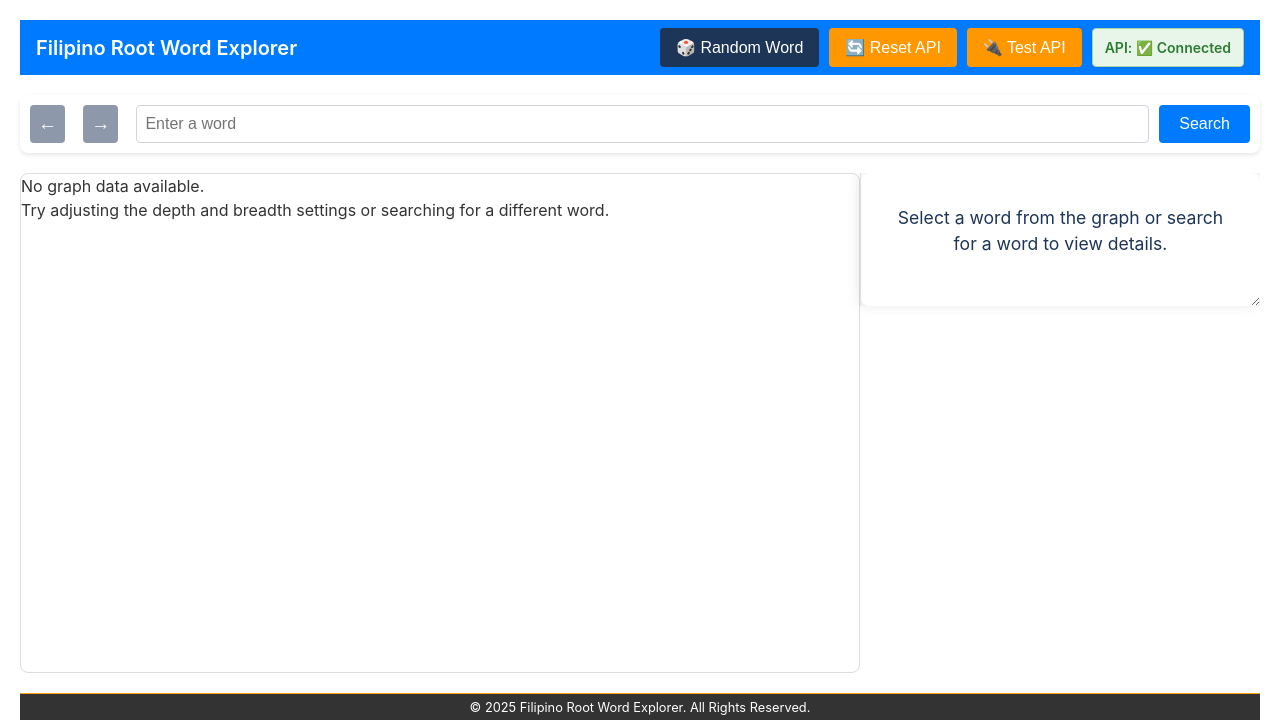
Repository: fish-and-bear/lexicon-gnn-ph
Page: /
An editor plug-in stored every save of this project. The page is shown before and after the next save, followed by the edit.
The browser window is 1280 px wide. The pictures show the whole page.
The page's requests for data from a server got no answer. Some web fonts or font styles are not loaded; a fallback is used. The project was rebuilt for these pictures with package versions that can differ from the ones it lists, and the page was loaded fresh each time. No one was signed in, and anything a server would have sent is missing. Also part of the build but not shown: vite.config.js, src/components/WordGraphComponent.tsx, src/components/WordDetails.tsx, src/components/ErrorBoundary.tsx. Imported but missing from the stored project, and not drawn on this page: src/reportWebVitals.

Above is the page before, as saved 2025-03-03 20:25:39.

### public/index.html
<!DOCTYPE html>
<html lang="en">
  <head>
    <meta charset="utf-8" />
    <meta name="viewport" content="width=device-width, initial-scale=1" />
    <meta name="description" content="Explore the roots and relationships of Filipino words with our interactive Word Explorer." />

    <!-- Open Graph Meta Tags for Social Media Embedding -->
    <meta property="og:title" content="Filipino Root Word Explorer" />
    <meta property="og:description" content="Discover the intricate relationships and origins of Filipino words." />
    <meta property="og:image" content="/logo512.png" />
    <meta property="og:url" content="https://explorer.hapinas.net/" />
    <meta property="og:type" content="website" />

    <!-- Twitter Card Meta Tags -->
    <meta name="twitter:card" content="summary_large_image" />
    <meta name="twitter:title" content="Filipino Root Word Explorer" />
    <meta name="twitter:description" content="Explore the intricate relationships and origins of Filipino words with our interactive Word Explorer." />
    <meta name="twitter:image" content="/logo512.png" />

    <!-- Favicon and App Icons -->
    <link rel="icon" href="/logo512.png" />
    <link rel="apple-touch-icon" href="/logo512.png" />

    <!-- Fonts -->
    <link href="https://fonts.googleapis.com/css2?family=Playfair+Display:ital,wght@0,400;0,700;1,400&display=swap" rel="stylesheet">
    <link href="https://fonts.googleapis.com/css2?family=Roboto:wght@400;700&display=swap" rel="stylesheet">

    <!-- Manifest -->
    <link rel="manifest" href="/manifest.json" />

    <!-- Title -->
    <title>Filipino Root Word Explorer</title>
  </head>
  <body>
    <div id="root"></div>
  </body>
</html>

### src/index.tsx
import React from 'react';
import ReactDOM from 'react-dom/client';
import './styles/global.css';
import App from './App';
import reportWebVitals from './reportWebVitals';
import { resetCircuitBreaker } from './api/wordApi';

// Reset circuit breaker on application start
try {
  resetCircuitBreaker();
  console.log('Circuit breaker state cleared on startup');
} catch (e) {
  console.error('Error clearing circuit breaker state:', e);
}

const root = ReactDOM.createRoot(
  document.getElementById('root') as HTMLElement
);
root.render(
  <React.StrictMode>
    <App />
  </React.StrictMode>
);

// If you want to start measuring performance in your app, pass a function
// to log results (for example: reportWebVitals(console.log))
// or send to an analytics endpoint. Learn more: https://bit.ly/CRA-vitals
reportWebVitals();

### src/App.tsx
import React from 'react';
import WordExplorer from '../src/components/WordExplorer';
import { ThemeProvider } from '../src/contexts/ThemeContext';
import ErrorBoundary from '../src/components/ErrorBoundary';
import './App.css';

const App: React.FC = () => {
  return (
    <ErrorBoundary>
      <ThemeProvider>
        <div className="app">
          <WordExplorer />
        </div>
      </ThemeProvider>
    </ErrorBoundary>
  );
};

export default App;

### src/contexts/ThemeContext.tsx
import React, { createContext, useContext, useState, ReactNode } from 'react';

// Define the types for your context
interface ThemeContextType {
  theme: string;
  toggleTheme: () => void;
}

// Create the context with default values
const ThemeContext = createContext<ThemeContextType | undefined>(undefined);

export const ThemeProvider: React.FC<{ children: ReactNode }> = ({ children }) => {
  const [theme, setTheme] = useState('light');

  const toggleTheme = () => {
    setTheme((prevTheme) => (prevTheme === 'light' ? 'dark' : 'light'));
  };

  return (
    <ThemeContext.Provider value={{ theme, toggleTheme }}>
      <div className={theme}>{children}</div>
    </ThemeContext.Provider>
  );
};

// Custom hook to use the ThemeContext
export const useTheme = () => {
  const context = useContext(ThemeContext);
  if (!context) {
    throw new Error('useTheme must be used within a ThemeProvider');
  }
  return context;
};

// Export the ThemeContext for direct access if needed
export { ThemeContext };

// Optionally, export a toggle button component for convenience
export const ThemeToggleButton: React.FC = () => {
  const { theme, toggleTheme } = useTheme();

  return (
    <button onClick={toggleTheme}>
      Switch to {theme === 'light' ? 'dark' : 'light'} mode
    </button>
  );
};

### src/App.css
.app {
  margin: 0;
  padding: 0;
  font-family: 'Inter', sans-serif;
  background-color: var(--bg-color);
  color: var(--text-color);
}

### src/utils/sanitizer.ts
export function sanitizeInput(input: string): string {
    // Implement sanitization logic here
    return input.trim().toLowerCase();
  }

### src/components/index.ts
export { default as WordGraphComponent } from './WordGraphComponent';
export { default as WordDetails } from './WordDetails';

### src/components/WordExplorer.css
:root {
  --bg-color: #f8f9fa;
  --text-color: #1d3557;
  --primary-color: #1d3557;
  --secondary-color: #e63946;
  --accent-color: #fca311;
  --gold: #d4af37;
  --card-bg-color: #ffffff;
  --card-border-color: #e6e8eb;
  --input-bg-color: #ffffff;
  --input-border-color: #d1d5db;
  --button-color: #1d3557;
  --button-text-color: #ffffff;
  --graph-bg-color: #f1f5f9;
  --color-main: #1d3557;
  --color-derivative: #457b9d;
  --color-etymology: #2a9d8f;
  --color-root: #e63946;
  --color-associated: #fca311;
  --color-default: #6c757d;
  --node-text-color: #1d3557;
  --link-color: #1d3557;
  --selected-node-border-color: #e6e8eb;
  --card-bg-color-rgb: 255, 255, 255;
  --definition-bg-color: #ffffff;
}

.theme-dark {
  --bg-color: #0b0f1d;
  --text-color: #ffffff;
  --text-color-secondary: #cccccc;
  --border-color: #444444;
  --input-background: #333333;
  --primary-color: #0d6efd;
  --primary-color-dark: #0a58ca;
  --disabled-color: #666666;
  --error-color: #dc3545;
  --error-background: #2c1f21;
}

.theme-light {
  --bg-color: #ffffff;
  --text-color: #333333;
  --text-color-secondary: #666666;
  --border-color: #dddddd;
  --input-background: #ffffff;
  --primary-color: #007bff;
  --primary-color-dark: #0056b3;
  --disabled-color: #cccccc;
  --error-color: #dc3545;
  --error-background: #f8d7da;
}

body, html {
  margin: 0;
  padding: 0;
  font-family: 'Inter', sans-serif;
  background-color: var(--bg-color);
  color: var(--text-color);
  height: 100vh;
  overflow: hidden;
}

.word-explorer {
  display: flex;
  flex-direction: column;
  height: 100%;
  padding: 20px;
  gap: 20px;
  background-color: var(--bg-color);
  color: var(--text-color);
}

.header-content {
  display: flex;
  justify-content: space-between;
  align-items: center;
  padding: 0.5rem 1rem;
  background-color: var(--primary-color);
  color: var(--bg-color);
}

.dark .header-content {
  background-color: var(--header-color);
  color: var(--primary-color);
}

h1 {
  font-size: 1.25rem;
  font-weight: 600;
  margin: 0;
}

main {
  display: flex;
  flex: 1;
  overflow: hidden;
}

.graph-container {
  flex: 1;
  position: relative;
  border-radius: 8px;
  overflow: hidden;
  background-color: var(--bg-color);
  border: 1px solid var(--border-color);
  min-height: 500px;
}

.graph-content {
  flex: 1;
  position: relative;
  overflow: hidden;
}

.details-container {
  padding: 0;
  overflow-y: auto;
  background-color: white;
  border-left: 1px solid rgba(0, 0, 0, 0.1);
  color: var(--text-color);
}

.no-word-selected {
  display: flex;
  flex-direction: column;
  align-items: center;
  justify-content: center;
  height: 100%;
  text-align: center;
  color: var(--text-secondary-color);
  padding: 2rem;
  background-color: var(--card-bg-color);
  border-radius: var(--radius-md);
  box-shadow: var(--card-shadow);
  transition: background-color 0.3s ease, color 0.3s ease, box-shadow 0.3s ease;
}

.dark .no-word-selected {
  background-color: rgba(23, 29, 49, 0.6);
  color: #e0e4f5;
  box-shadow: 0 4px 8px rgba(0, 0, 0, 0.2);
  border: 1px solid rgba(75, 86, 115, 0.4);
}

.no-word-selected p {
  margin-bottom: 1rem;
  font-size: 1.1rem;
}

.word-details h2 {
  color: var(--secondary-color);
  padding-bottom: 0.25rem;
}

.definition-card {
  background-color: var(--definition-bg-color);
  border: 1px solid var(--card-border-color);
  border-radius: 4px;
  padding: 0.75rem;
  margin-bottom: 1rem;
  transition: background-color 0.3s ease, border-color 0.3s ease, box-shadow 0.3s ease;
}

.dark .definition-card {
  background-color: rgba(23, 29, 49, 0.6);
  border-color: rgba(75, 86, 115, 0.4);
  color: #e0e4f5;
  box-shadow: 0 4px 8px rgba(0, 0, 0, 0.2);
}

.dark .definition-card:hover {
  box-shadow: 0 4px 12px rgba(0, 0, 0, 0.4);
  border-color: rgba(255, 209, 102, 0.3);
}

.dark .definition-card h3 {
  color: #ffd166;
}

.definition-card h3 {
  color: var(--secondary-color);
  margin-top: 0;
  margin-bottom: 0.5rem;
}

.definition-card ol {
  padding-left: 1.25rem;
  margin-bottom: 0.5rem;
}

.definition-card ol > li {
  margin-bottom: 0.5rem;
  line-height: 1.4;
}

.definition-card .source {
  font-size: 0.8rem;
  color: var(--accent-color);
  font-style: italic;
  display: block;
  margin-top: 0.25rem;
}

.dark .definition-card .source {
  color: #7b9cc2;
}

.word-list {
  list-style-type: none;
  padding: 0;
  display: flex;
  flex-wrap: wrap;
  gap: 0.5rem;
  margin-top: 0.75rem;
}

.word-list li {
  background-color: var(--input-bg-color);
  padding: 0.25rem 0.75rem;
  border-radius: 15px;
  font-size: 0.9rem;
  border: 1px solid var(--accent-color);
}

.dark .word-list li {
  background-color: rgba(23, 29, 49, 0.6);
  border-color: rgba(75, 86, 115, 0.4);
  color: #e0e4f5;
}

.dark .word-list li:hover {
  background-color: rgba(35, 45, 70, 0.8);
  border-color: rgba(255, 209, 102, 0.3);
  color: #ffd166;
}

.search-container {
  display: flex;
  gap: 10px;
  padding: 10px;
  border-radius: 8px;
  background-color: var(--card-bg-color);
  box-shadow: 0 2px 4px rgba(0, 0, 0, 0.1);
}

.search-input-container {
  position: relative;
  flex-grow: 1;
  display: flex;
}

.search-input {
  flex: 1;
  padding: 10px 15px;
  border: 1px solid var(--border-color);
  border-radius: 4px;
  font-size: 16px;
  background-color: var(--input-background);
  color: var(--text-color);
}

.search-input:focus {
  outline: none;
  border-color: var(--primary-color);
  box-shadow: 0 0 0 2px rgba(0, 123, 255, 0.25);
}

.search-button {
  padding: 10px 20px;
  border: none;
  border-radius: 4px;
  background-color: var(--primary-color);
  color: white;
  cursor: pointer;
  font-size: 16px;
  transition: all 0.2s ease;
}

.search-button:hover:not(:disabled) {
  background-color: var(--primary-color-dark);
  transform: translateY(-1px);
}

.search-button:disabled {
  background-color: var(--disabled-color);
  cursor: not-allowed;
  opacity: 0.7;
}

.search-suggestions {
  position: absolute;
  top: 100%;
  left: 0;
  right: 0;
  background-color: var(--input-bg-color);
  border: 1px solid var(--input-border-color);
  border-top: none;
  max-height: 200px;
  overflow-y: auto;
  z-index: 1000;
  list-style-type: none;
  padding: 0;
  margin: 0;
  display: block;
  box-shadow: 0 4px 6px rgba(0, 0, 0, 0.1);
  transition: background-color 0.3s ease, border-color 0.3s ease;
}

.search-suggestions li {
  padding: 10px;
  cursor: pointer;
  color: var(--text-color);
  transition: background-color 0.3s ease, color 0.3s ease;
}

.search-suggestions li:hover {
  background-color: var(--accent-color);
  color: var(--bg-color);
}

.word-explorer.dark .search-suggestions {
  background-color: rgba(23, 29, 49, 0.9);
  border-color: rgba(75, 86, 115, 0.4);
  box-shadow: 0 4px 8px rgba(0, 0, 0, 0.3);
}

.word-explorer.dark .search-suggestions li:hover {
  background-color: rgba(255, 209, 102, 0.2);
  color: #ffd166;
}

.search-loading {
  position: absolute;
  right: 16px;
  top: 50%;
  transform: translateY(-50%);
  color: #888;
}

@media (max-width: 768px) {
  .header-content {
    flex-direction: column;
    align-items: flex-start;
    gap: 0.5rem;
  }

  .search-container {
    flex-direction: column;
    align-items: stretch;
  }

  .search-input {
    font-size: 14px;
    padding: 10px 14px;
  }

  .search-suggestions li {
    padding: 10px 14px;
  }

  input[type="text"], button {
    width: 100%;
  }

  .word-details h2 {
    font-size: 1.3rem;
  }

  .definition-card {
    padding: 0.5rem;
  }

  .definition-card h3 {
    font-size: 1rem;
  }

  .word-list li {
    font-size: 0.8rem;
    padding: 0.2rem 0.4rem;
  }

  .word-explorer {
    padding: 10px;
  }

  .graph-container {
    min-height: 400px;
  }
}

input[type="text"] {
  flex: 1;
  padding: 0.5rem;
  font-size: 1rem;
  border: 1px solid var(--input-border-color);
  border-radius: 4px;
  background-color: var(--input-bg-color);
  color: var(--text-color);
}

button {
  padding: 0.5rem 1rem;
  font-size: 1rem;
  background-color: var(--button-color);
  color: var(--button-text-color);
  border: none;
  border-radius: 4px;
  cursor: pointer;
  transition: background-color 0.3s, transform 0.1s;
}

button:active {
  transform: scale(0.95);
}

button:hover {
  background-color: var(--primary-color);
}

.controls-container {
  display: flex;
  flex-wrap: wrap;
  justify-content: space-between;
  align-items: center;
  padding: 0.5rem;
  background-color: var(--card-bg-color);
  border-top: 1px solid var(--card-border-color);
}

.zoom-button, .reset-button {
  padding: 0.25rem 0.5rem;
  font-size: 0.9rem;
  background-color: var(--button-color);
  color: var(--button-text-color);
  border: none;
  border-radius: 4px;
  cursor: pointer;
  text-transform: uppercase;
  letter-spacing: 1px;
}

.graph-controls {
  display: flex;
  flex-wrap: wrap;
  gap: 1rem;
  flex-grow: 1;
}

.slider-container {
  display: flex;
  flex-direction: column;
  flex-grow: 1;
  min-width: 150px;
}

.footer {
  background-color: var(--text-color);
  color: var(--bg-color);
  text-align: center;
  padding: 0.25rem;
  font-size: 0.8rem;
  border-top: 1px solid var(--accent-color);
}

.dark .footer {
  background-color: var(--primary-color);
  color: var(--bg-color);
  border-top: 1px solid var(--gold);
}

.history-button {
  padding: 0.5rem;
  font-size: 1.2rem;
  background-color: var(--button-color);
  color: var(--button-text-color);
  border: none;
  border-radius: 4px;
  cursor: pointer;
  margin-right: 0.5rem;
  transition: opacity 0.3s ease;
}

.history-button:disabled {
  opacity: 0.5;
  cursor: not-allowed;
}

@media (max-width: 1024px) {
  .word-explorer {
    height: auto;
    min-height: 100vh;
  }

  main {
    flex-direction: column;
  }

  .graph-container {
    height: 50vh;
  }
}

@media (max-width: 480px) {
  h1 {
    font-size: 1.1rem;
  }

  .theme-toggle, .history-button {
    padding: 0.25rem;
    font-size: 0.8rem;
  }

  .word-details h2 {
    font-size: 1.2rem;
  }

  .definition-card h3 {
    font-size: 0.9rem;
  }

  .word-list li {
    font-size: 0.7rem;
    padding: 0.1rem 0.3rem;
  }

  .footer {
    font-size: 0.7rem;
    padding: 0.4rem;
  }
}

.loading-indicator {
  display: inline-block;
  width: 1rem;
  height: 1rem;
  border: 2px solid var(--button-text-color);
  border-radius: 50%;
  border-top-color: transparent;
  animation: spin 1s linear infinite;
  margin-left: 0.5rem;
}

@keyframes spin {
  0% { transform: rotate(0deg); }
  100% { transform: rotate(360deg); }
}

.loading-spinner {
  display: flex;
  flex-direction: column;
  align-items: center;
  justify-content: center;
  height: 100%;
  text-align: center;
  color: var(--text-secondary-color);
  padding: 2rem;
  background-color: var(--card-bg-color);
  border-radius: var(--radius-md);
  box-shadow: var(--card-shadow);
  font-size: 1.1rem;
}

.loading-spinner::before {
  content: "";
  width: 40px;
  height: 40px;
  margin-bottom: 1rem;
  border: 4px solid var(--card-border-color);
  border-top: 4px solid var(--accent-color);
  border-radius: 50%;
  animation: spin 1s linear infinite;
}

@keyframes spin {
  0% { transform: rotate(0deg); }
  100% { transform: rotate(360deg); }
}

/* Note: The word-details-container class is defined in global.css */

/* Word Content Tabs */
.word-content-tabs {
  display: flex;
  flex-wrap: wrap;
  gap: 0.5rem;
  padding: 0.75rem 1rem;
  background-color: #f8f9fa;
  border-bottom: 1px solid rgba(0, 0, 0, 0.08);
}

.tab-button {
  padding: 0.5rem 1rem;
  background-color: transparent;
  color: var(--text-color);
  border: 1px solid rgba(0, 0, 0, 0.08);
  border-radius: 0.5rem;
  cursor: pointer;
  font-size: 0.875rem;
  font-weight: 500;
  transition: all 0.2s ease;
  display: flex;
  align-items: center;
  gap: 0.5rem;
}

.tab-button:hover {
  background-color: #f1f5f9;
  transform: translateY(-1px);
}

.tab-button.active {
  background-color: var(--accent-color, #fca311);
  color: white;
  border-color: var(--accent-color, #fca311);
}

.tab-icon {
  font-size: 1.1em;
}

.word-content {
  padding: 1.5rem;
}

/* Fix for empty state */
.empty-state {
  position: absolute;
  top: 50%;
  left: 50%;
  transform: translate(-50%, -50%);
  text-align: center;
  color: var(--text-color-secondary);
}

.fetch-network-button {
  padding: 0.5rem 1rem;
  background-color: var(--accent-color, #fca311);
  color: white;
  border: none;
  border-radius: 0.25rem;
  cursor: pointer;
  font-weight: 500;
  transition: all 0.2s ease;
}

.fetch-network-button:hover {
  background-color: var(--accent-color-dark, #e76f51);
  transform: translateY(-1px);
}

.dark input[type="text"] {
  background-color: rgba(23, 29, 49, 0.6);
  border: 1px solid rgba(75, 86, 115, 0.4);
  color: #e0e4f5;
}

.dark input[type="text"]:focus {
  border-color: rgba(255, 209, 102, 0.5);
  box-shadow: 0 0 0 2px rgba(255, 209, 102, 0.2);
}

.dark button {
  background-color: rgba(75, 86, 115, 0.5);
  border: 1px solid rgba(75, 86, 115, 0.4);
  color: #ffd166;
}

.dark button:hover {
  background-color: rgba(75, 86, 115, 0.7);
  border-color: rgba(255, 209, 102, 0.3);
}

.dark .search-loading {
  color: #7b9cc2;
}

.dark .search-input {
  background-color: rgba(23, 29, 49, 0.6);
  border-color: rgba(75, 86, 115, 0.4);
  color: #e0e4f5;
}

.dark .search-input:focus {
  border-color: rgba(255, 209, 102, 0.5);
  box-shadow: 0 0 0 2px rgba(255, 209, 102, 0.2);
}

.dark .search-suggestions {
  background-color: rgba(23, 29, 49, 0.9);
  border-color: rgba(75, 86, 115, 0.4);
  box-shadow: 0 4px 8px rgba(0, 0, 0, 0.3);
}

.dark .search-suggestions li {
  color: #e0e4f5;
  border-bottom: 1px solid rgba(75, 86, 115, 0.2);
}

.dark .search-suggestions li:hover {
  background-color: rgba(255, 209, 102, 0.2);
  color: #ffd166;
}

.dark .search-button {
  background-color: rgba(75, 86, 115, 0.5);
  color: #ffd166;
  border-color: rgba(75, 86, 115, 0.4);
}

.dark .search-button:hover {
  background-color: rgba(75, 86, 115, 0.7);
  border-color: rgba(255, 209, 102, 0.3);
}

/* Theme variables */
.theme-light {
  --background-color: #ffffff;
  --text-color: #333333;
  --text-color-secondary: #666666;
  --border-color: #dddddd;
  --input-background: #ffffff;
  --primary-color: #007bff;
  --primary-color-dark: #0056b3;
  --disabled-color: #cccccc;
  --error-color: #dc3545;
  --error-background: #f8d7da;
}

.theme-dark {
  --background-color: #1a1a1a;
  --text-color: #ffffff;
  --text-color-secondary: #cccccc;
  --border-color: #444444;
  --input-background: #333333;
  --primary-color: #0d6efd;
  --primary-color-dark: #0a58ca;
  --disabled-color: #666666;
  --error-color: #dc3545;
  --error-background: #2c1f21;
}

/* Responsive styles */
@media (max-width: 768px) {
  .word-explorer {
    padding: 10px;
  }

  .search-container {
    flex-direction: column;
  }

  .search-button {
    width: 100%;
  }

  .graph-container {
    min-height: 400px;
  }
}

Loaded but not shown: src/components/WordExplorer.tsx (1450 lines, source omitted); src/styles/global.css (1694 lines, source omitted); src/components/WordDetails.css (1817 lines, source omitted); src/api/wordApi.ts (1007 lines, source omitted); src/components/WordGraph.css (456 lines, source omitted); src/utils/caching.ts (226 lines, source omitted); src/components/Tabs.css (136 lines, source omitted)

After the next save:
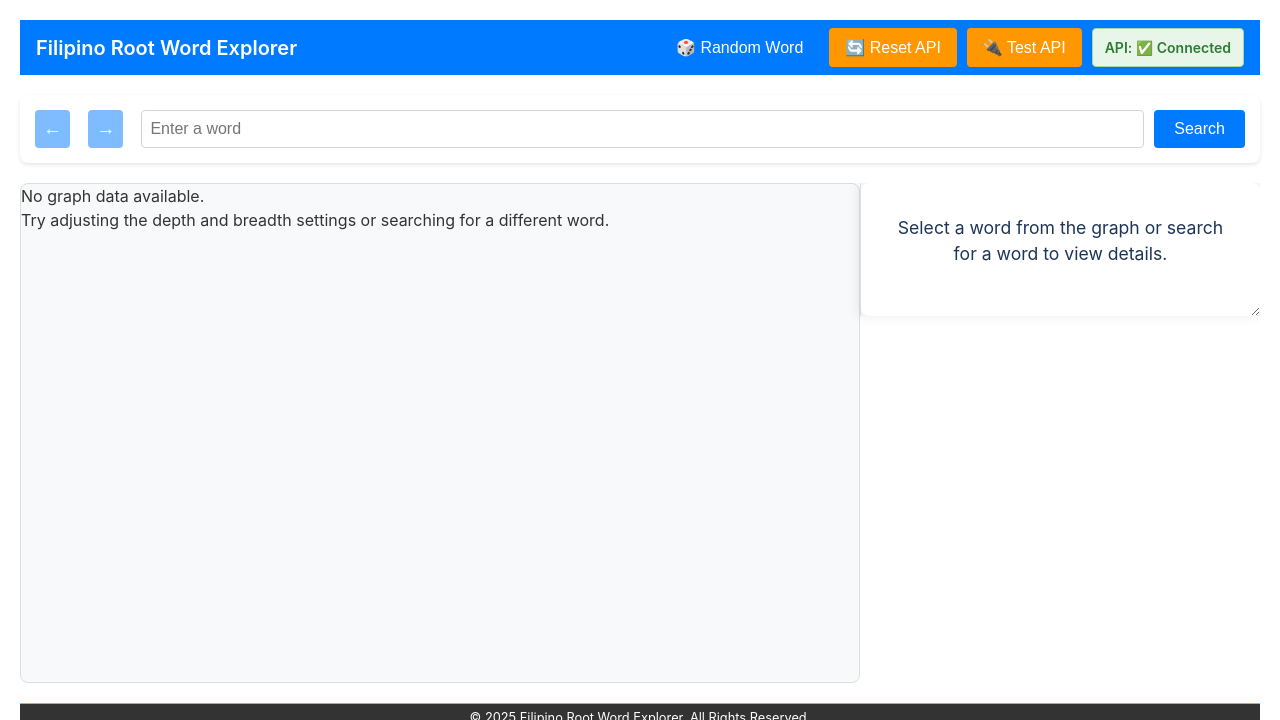
Saved 72 s later.
--- a/src/components/WordExplorer.css
+++ b/src/components/WordExplorer.css
@@ -36,6 +36,11 @@
   --disabled-color: #666666;
   --error-color: #dc3545;
   --error-background: #2c1f21;
+  --card-bg-color: #1a1a1a;
+  --input-bg-color: #333333;
+  --button-color: #0d6efd;
+  --button-text-color: #ffffff;
+  --graph-bg-color: #1a1a1a;
 }
 
 .theme-light {
@@ -49,6 +54,11 @@
   --disabled-color: #cccccc;
   --error-color: #dc3545;
   --error-background: #f8d7da;
+  --card-bg-color: #ffffff;
+  --input-bg-color: #ffffff;
+  --button-color: #007bff;
+  --button-text-color: #ffffff;
+  --graph-bg-color: #f8f9fa;
 }
 
 body, html {
@@ -102,7 +112,7 @@ main {
   position: relative;
   border-radius: 8px;
   overflow: hidden;
-  background-color: var(--bg-color);
+  background-color: var(--graph-bg-color);
   border: 1px solid var(--border-color);
   min-height: 500px;
 }
@@ -238,7 +248,7 @@ main {
 .search-container {
   display: flex;
   gap: 10px;
-  padding: 10px;
+  padding: 15px;
   border-radius: 8px;
   background-color: var(--card-bg-color);
   box-shadow: 0 2px 4px rgba(0, 0, 0, 0.1);
@@ -251,29 +261,30 @@ main {
 }
 
 .search-input {
-  flex: 1;
+  width: 100%;
   padding: 10px 15px;
   border: 1px solid var(--border-color);
   border-radius: 4px;
   font-size: 16px;
   background-color: var(--input-background);
   color: var(--text-color);
+  transition: all 0.2s ease;
 }
 
 .search-input:focus {
   outline: none;
   border-color: var(--primary-color);
-  box-shadow: 0 0 0 2px rgba(0, 123, 255, 0.25);
+  box-shadow: 0 0 0 2px rgba(var(--primary-color), 0.25);
 }
 
 .search-button {
   padding: 10px 20px;
   border: none;
   border-radius: 4px;
-  background-color: var(--primary-color);
-  color: white;
+  background-color: var(--button-color);
+  color: var(--button-text-color);
+  font-size: 16px;
   cursor: pointer;
-  font-size: 16px;
   transition: all 0.2s ease;
 }
 
@@ -286,6 +297,10 @@ main {
   background-color: var(--disabled-color);
   cursor: not-allowed;
   opacity: 0.7;
+}
+
+.search-button:active {
+  transform: scale(0.98);
 }
 
 .search-suggestions {
